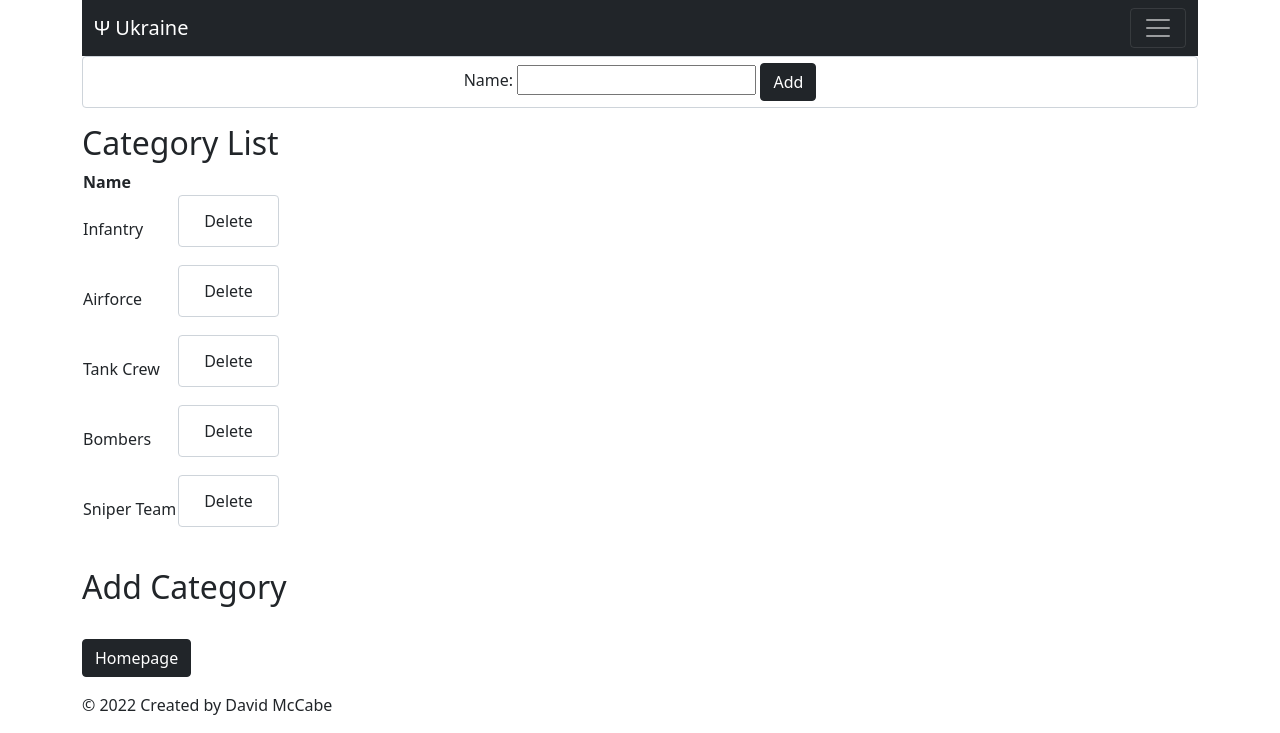
Repository: davidDKIT/ca2-davidmccabe-php
Page: http://localhost/category_list.php
An editor plug-in stored every save of this project. The page is shown before and after the next save, followed by the edit.
The browser window is 1280 px wide. The pictures show the whole page.
The page is run by PHP 8.4 with error messages shown; the project is at /var/www/html/. The database holds what the project's SQL file puts in it.

Above is the page before, as saved 2022-03-16 13:51:20.

After the next save:
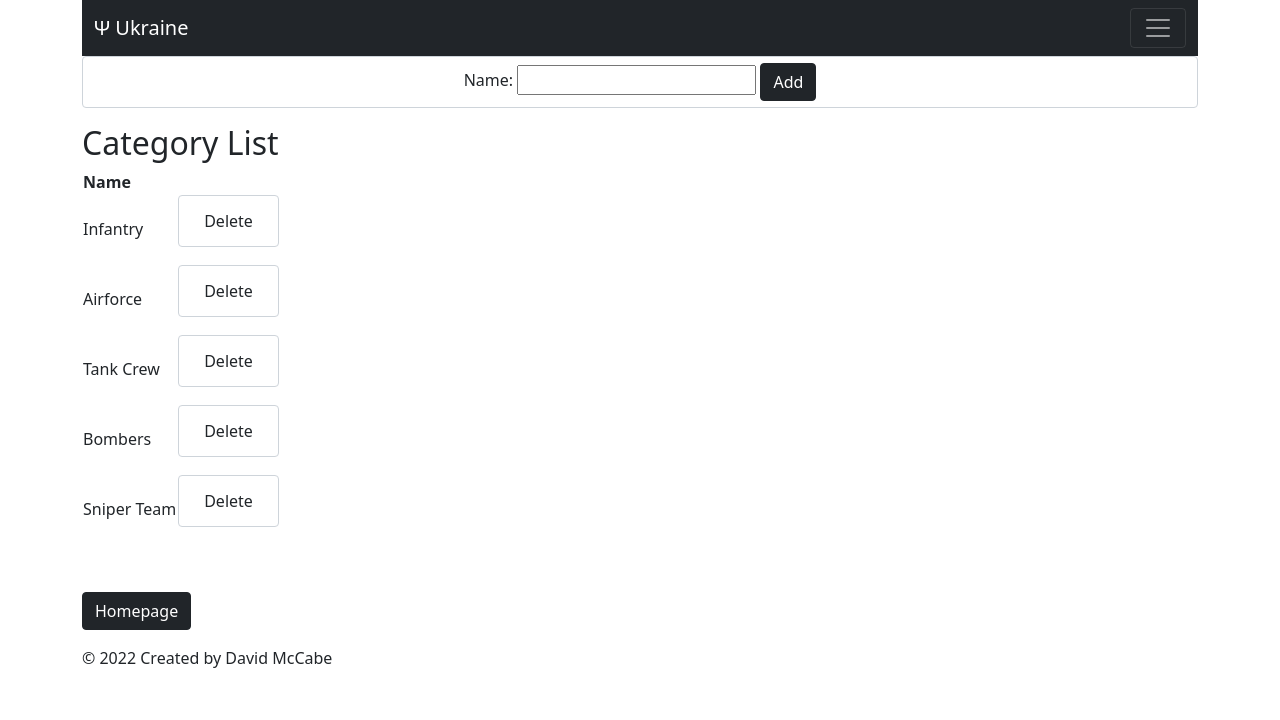
Saved 21 s later.
--- a/category_list.php
+++ b/category_list.php
@@ -43,9 +43,6 @@ include('includes/header.php');
         <?php endforeach; ?>
     </table>
     <br>
-
-    <h2>Add Category</h2>
-
     <br>
     <p><a class="btn btn-dark" style = "text-align: center; display: inline-block"  href="index.php">Homepage</a></p>
 
